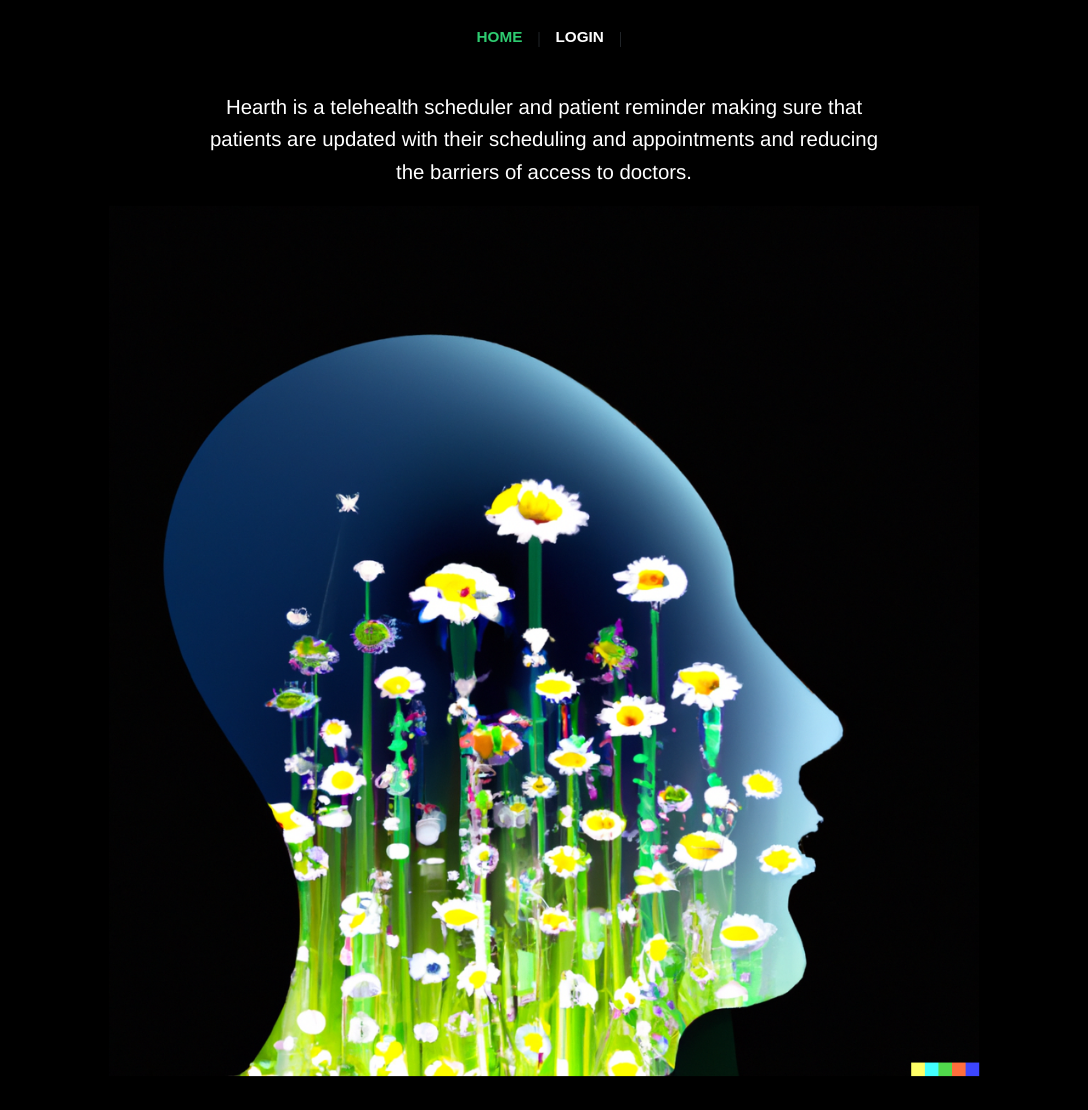
Repository: ag1372/RutgersHealthHackathon
Page: / (app in ruhealthhack/)
These files come from the project's save history. The page is drawn as it stood at one moment and after the next save; the edit follows.
The browser window is 1280 px wide. The pictures show the whole page, at 85% of full size.
The project was rebuilt for these pictures with package versions that can differ from the ones it lists, and the page was loaded fresh each time. Also part of the build but not shown: ruhealthhack/vue.config.js, ruhealthhack/views/Login.vue, ruhealthhack/views/Registration.vue.

Above is the page before, as saved 2023-11-04 18:42:34.

### ruhealthhack/public/index.html
<!DOCTYPE html>
<html lang="">
  <head>
    <meta charset="utf-8">
    <meta http-equiv="X-UA-Compatible" content="IE=edge">
    <meta name="viewport" content="width=device-width,initial-scale=1.0">
    <!-- <link rel="stylesheet" href="/styles.css"> -->
  </head>
  <body>
    <div id="app"></div>
  </body>
</html>

### ruhealthhack/src/main.js
import { createApp } from 'vue';
import App from './App.vue';
import router from './router';
import '/stylesheets/styles.css';
import 'bootstrap/dist/css/bootstrap.min.css';
import 'bootstrap';


const app = createApp(App);
app.use(router);
app.mount('#app');

### ruhealthhack/src/App.vue
<template>

  <nav>
      <router-link to="/"> Home </router-link> |
      <!-- <router-link to="/registration">Registration</router-link> | -->
      <router-link to="/login">Login</router-link> |
  </nav>
    <router-view></router-view>
</template>

<script>

</script>

### ruhealthhack/src/router/index.js
// src/router/index.js
import { createRouter, createWebHistory } from 'vue-router';
import Home from '/views/Home.vue';
import Login from '/views/Login.vue';
import Registration from '/views/Registration.vue';

// Create a new router instance with our route definitions
const router = createRouter({
  history: createWebHistory(), // Use the history mode to avoid hashes in URLs
  routes: [
    {
      path: '/',
      name: 'Home',
      component: Home,
    },
    {
      path: '/login',
      name: 'Login',
      component: Login,
    },
    {
      path: '/registration',
      name: 'Registration',
      component: Registration,
    },
    // Add more routes as needed
  ],
});

export default router;

### ruhealthhack/stylesheets/styles.css
/* styles.css */
body {
  margin: 0;
  font-family: 'Merriweather', 'Helvetica Neue', Helvetica, Arial, sans-serif;
  color: white;
}

#app {
  display: flex; /* Use flexbox to align children */
  flex-direction: column; /* Stack children vertically */
  justify-content: center; /* Center children vertically */
  align-items: center; /* Center children horizontally */
  text-align: center; /* Ensure text is centered as well */
  padding: 20px;
  min-height: 100vh; /* This ensures that the app element covers the whole viewport height */
  background-color: #000;
}

nav {
  background-color: #000;
  padding: 10px 20px;
  display: flex; /* Flexbox layout for the navigation */
  align-items: center; /* Align items vertically */
  justify-content: space-between; /* Space out nav items and logo */
}

nav a {
  color: white;
  text-decoration: none;
  margin: 0 15px; /* Increase spacing if needed */
  font-weight: bold;
  font-family: 'Poppins', sans-serif;
  font-size: 18px; /* Match the font size to Ophelia if needed */
  text-transform: uppercase; /* Uppercase letters for a more stylized look */
}

nav a:hover {
  color: #3498db; /* Blue color for hover state */
}

nav a.router-link-exact-active {
  color: #2ecc71; /* Green color for active state */
}

/* Add your dynamic text CSS here */
.dynamic-text {
  /* Styling for your dynamic text */
  font-family: 'Lato', sans-serif;
  font-size: 48px; /* Example size, adjust as necessary */
  font-weight: 700; /* Bold font */
  color: white; /* Text color */
  margin: 20px 0; /* Spacing above and below the text */
  /* You can add more styling as per your design requirements */
}

@keyframes fadeInOut {
  0%, 100% { opacity: 0; }
  50% { opacity: 1; }
}

.dynamic-text {
  animation: fadeInOut 5s ease-in-out infinite;
  /* rest of your styles */
}

.centered-text {
  font-family: 'Merriweather', 'Helvetica Neue', Helvetica, Arial, sans-serif;
  font-size: 24px;
  font-weight: 400;
  color: white;
  max-width: 800px;
  margin: 20px;
  line-height: 1.6;
}

### ruhealthhack/views/Home.vue
<template>
    <div id="app">


      <div class="centered-text">
        Hearth is a telehealth scheduler and patient reminder making sure that
        patients are updated with their scheduling and appointments and reducing
        the barriers of access to doctors.
      </div>
      <div class="image-section">
        <img src="@/assets/HomePagePic.png" alt="Home Page Picture" />
      </div>
    </div>
  </template>

  <script>
  export default {
    name: 'HomePage',
    // You can add data, computed properties, methods, etc. here as needed.
  }
  </script>

  <style>
<style scoped>
.content-wrapper {
  display: flex;
  justify-content: center;
  align-items: center;
  gap: 20px;
  margin-top: 5vh; /* Adjust this as needed to center the content vertically */
}

.text-section {
  font-size: 1.5em; /* Increased font size */
  font-weight: bold; /* To make text more prominent */
  color: white;
  flex: 1;
  text-align: left; /* Ensures text is aligned to the left */
  padding-right: 10px; /* To ensure there's a gap between text and image */
}

.image-section {
  flex: 1;
  text-align: right; /* Aligns the image to the right */
}

.image-section img {
  max-width: 100%;
  height: auto;
  display: block;
}
  @import '/stylesheets/styles.css';
  </style>

After the next save:
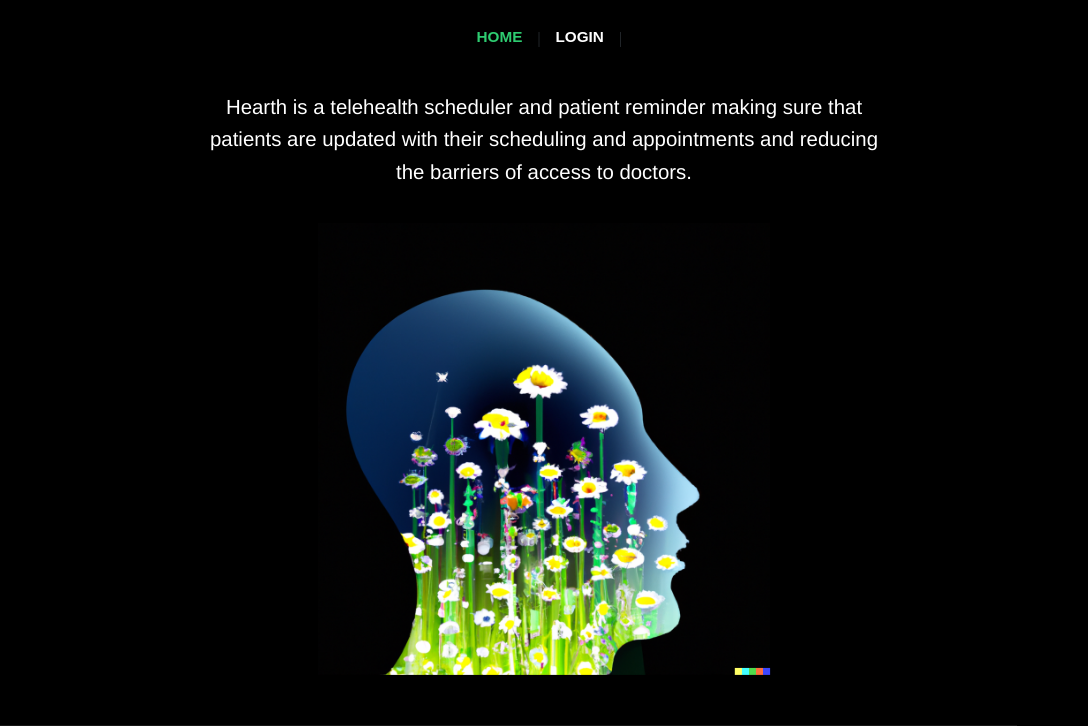
Saved 15 s later.
--- a/ruhealthhack/views/Home.vue
+++ b/ruhealthhack/views/Home.vue
@@ -21,33 +21,31 @@
   </script>
 
   <style>
-<style scoped>
 .content-wrapper {
   display: flex;
   justify-content: center;
   align-items: center;
   gap: 20px;
-  margin-top: 5vh; /* Adjust this as needed to center the content vertically */
 }
 
 .text-section {
-  font-size: 1.5em; /* Increased font size */
-  font-weight: bold; /* To make text more prominent */
+  font-size: 24px;
+  font-weight: 400;
   color: white;
-  flex: 1;
-  text-align: left; /* Ensures text is aligned to the left */
-  padding-right: 10px; /* To ensure there's a gap between text and image */
+  max-width: 50%; /* Adjust as per your layout requirement */
+  margin: 20px;
+  line-height: 1.6;
 }
 
 .image-section {
-  flex: 1;
-  text-align: right; /* Aligns the image to the right */
+  max-width: 50%; /* Adjust as per your layout requirement */
+  margin: 20px;
 }
 
 .image-section img {
-  max-width: 100%;
-  height: auto;
-  display: block;
+  width: 100%; /* This will make sure the image is responsive */
+  height: auto; /* Maintain the aspect ratio */
+  display: block; /* Remove extra space below the image */
 }
   @import '/stylesheets/styles.css';
   </style>
